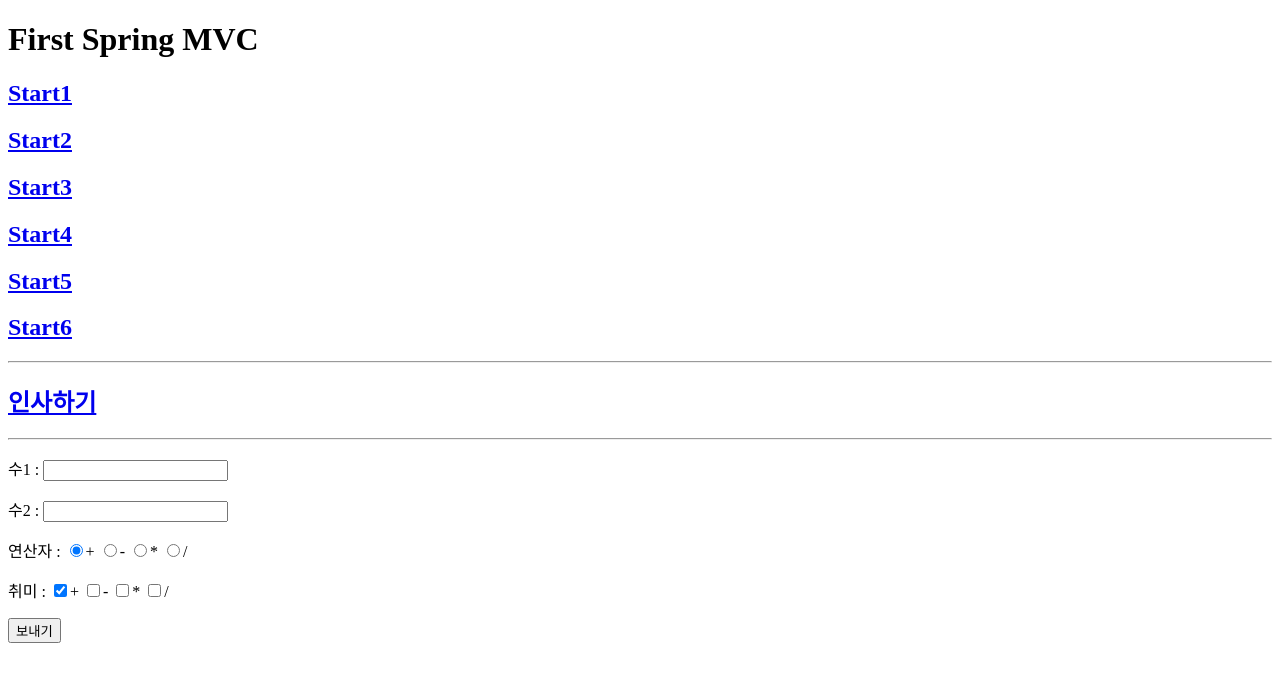
Repository: Developer120000/spring_mvc_study
Page: http://localhost/spring_mvc02/
An editor plug-in stored every save of this project. The page is shown before and after the next save, followed by the edit.
The browser window is 1280 px wide. The pictures show the whole page.
The page is served by Tomcat 9.

Above is the page before, as saved 2024-03-19 04:12:17.

After the next save:
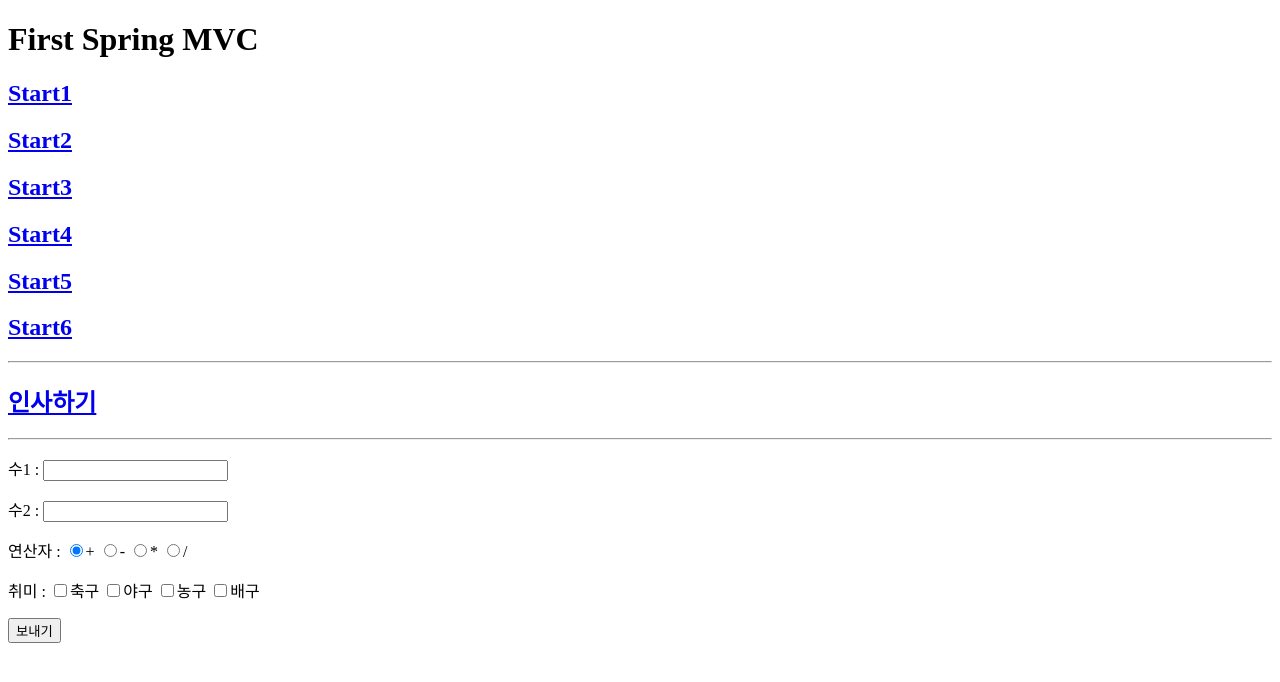
Saved 40 s later.
--- a/spring_mvc02/src/main/webapp/WEB-INF/views/index.jsp
+++ b/spring_mvc02/src/main/webapp/WEB-INF/views/index.jsp
@@ -29,10 +29,10 @@
 			<input type="radio" name="op" value="/">/
 		</p>
 		<p>취미 :
-			<input type="checkbox" name="op" value="+" checked>+
-			<input type="checkbox" name="op" value="-">-
-			<input type="checkbox" name="op" value="*">*
-			<input type="checkbox" name="op" value="/">/
+			<input type="checkbox" name="hobby" value="축구">축구
+			<input type="checkbox" name="hobby" value="야구">야구
+			<input type="checkbox" name="hobby" value="농구">농구
+			<input type="checkbox" name="hobby" value="배구">배구
 		</p>
 		<input type="hidden" name="cPage" value="2">
 		<input type="submit" value="보내기">
